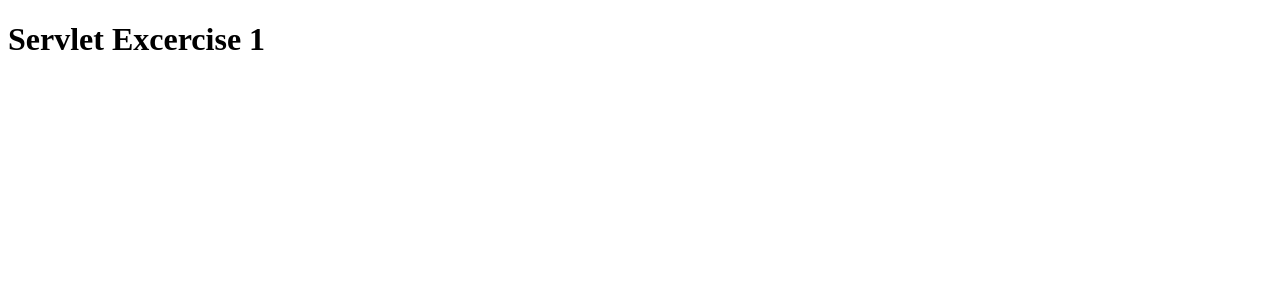
Repository: TraceMears/PerScholas
Page: http://localhost/ServletExercises0/HomeServlet
The author's editor kept a copy of each file at every save. The page is drawn from the files as they stood at one save, then again after the next save.
The browser window is 1280 px wide. The pictures show the whole page.
The page is served by Tomcat 9.

Above is the page before, as saved 2019-10-28 14:47:14.

### ServletExercises0/WebContent/WEB-INF/views/Index.jsp
<%@ page language="java" contentType="text/html; charset=ISO-8859-1"
    pageEncoding="ISO-8859-1"%>
<!DOCTYPE html>
<html>
<head>
<meta charset="ISO-8859-1">
<title>Insert title here</title>
</head>
<body>
	<h1>Servlet Excercise 1</h1>
</body>
</html>

### ServletExercises0/src/main/java/servlets/HomeServlet.java
package servlets;

import java.io.IOException;

import javax.servlet.RequestDispatcher;
import javax.servlet.ServletException;
import javax.servlet.annotation.WebServlet;
import javax.servlet.http.HttpServlet;
import javax.servlet.http.HttpServletRequest;
import javax.servlet.http.HttpServletResponse;

/**
 * Servlet implementation class HomeServlet
 */
@WebServlet("/HomeServlet")
public class HomeServlet extends HttpServlet {
	private static final long serialVersionUID = 1L;

    /**
     * @see HttpServlet#HttpServlet()
     */
    public HomeServlet() {
        super();
        // TODO Auto-generated constructor stub
    }

	/**
	 * @see HttpServlet#doGet(HttpServletRequest request, HttpServletResponse response)
	 */
	protected void doGet(HttpServletRequest request, HttpServletResponse response) throws ServletException, IOException {
		RequestDispatcher rd = request.getRequestDispatcher("WEB-INF/views/Index.jsp");
		rd.forward(request, response);
	}

	/**
	 * @see HttpServlet#doPost(HttpServletRequest request, HttpServletResponse response)
	 */
	protected void doPost(HttpServletRequest request, HttpServletResponse response) throws ServletException, IOException {
		// TODO Auto-generated method stub
		doGet(request, response);
	}

}

After the next save:
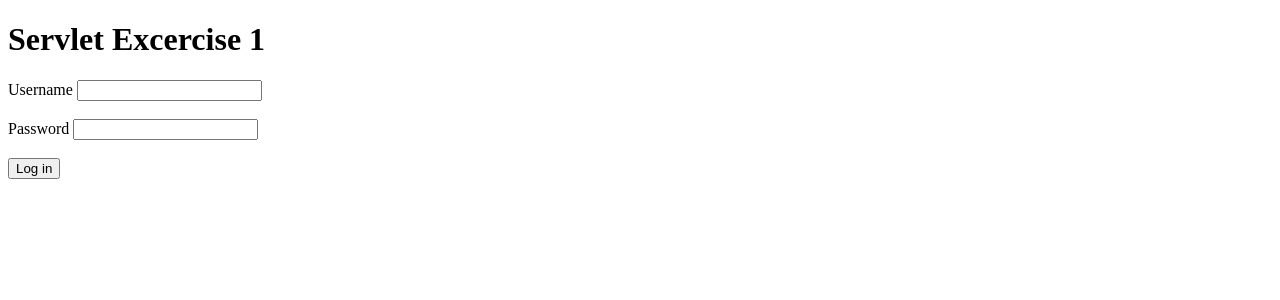
Saved 3 min 52 s later.
--- a/ServletExercises0/WebContent/WEB-INF/views/Index.jsp
+++ b/ServletExercises0/WebContent/WEB-INF/views/Index.jsp
@@ -8,5 +8,17 @@
 </head>
 <body>
 	<h1>Servlet Excercise 1</h1>
+
+	<form method="post" action="{$pageContext.request.contextPath}/HomeServlet">
+        <label for="username">Username</label>
+        <input type="text" name="username" />
+        <br/> <br/>
+
+        <label for="password">Password</label>
+        <input type="text" name="password" />
+        <br/> <br/>
+
+        <input type="submit" name="submit" value="Log in">
+    </form>
 </body>
 </html>
